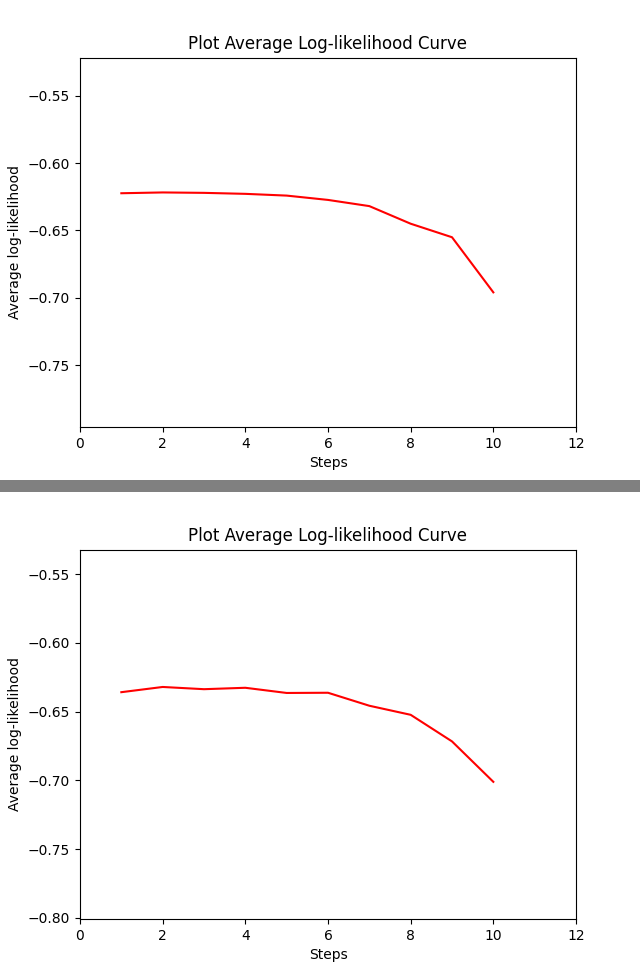
Repository: DhruvTrehan03/3F8
Script's output: python Lab.py
The author's editor kept a copy of each file at every save. The script's output is drawn from the files as they stood at one save, then again after the next save.
Each picture stacks the figures in order, with grey between them; figures that are only written to a file come last. Random numbers start from a fixed seed.

Above is the script's output before, as saved 2024-02-16 11:59:25.

### Lab.py
import numpy as np
import matplotlib.pyplot as plt


def logistic(x):
    return 1.0 / (1.0 + np.exp(-x))

def plot_data_internal(X, y):
    x_min, x_max = X[ :, 0 ].min() - .5, X[ :, 0 ].max() + .5
    y_min, y_max = X[ :, 1 ].min() - .5, X[ :, 1 ].max() + .5
    xx, yy = np.meshgrid(np.linspace(x_min, x_max, 100), np.linspace(y_min, y_max, 100))
    plt.figure()
    plt.xlim(xx.min(None), xx.max(None))
    plt.ylim(yy.min(None), yy.max(None))
    ax = plt.gca()
    ax.plot(X[y == 0, 0], X[y == 0, 1], 'ro', label = 'Class 1')
    ax.plot(X[y == 1, 0], X[y == 1, 1], 'bo', label = 'Class 2')
    plt.xlabel('X1')
    plt.ylabel('X2')
    plt.title('Plot data')
    plt.legend(loc = 'upper left', scatterpoints = 1, numpoints = 1)
    return xx, yy

def plot_data(X, y):
    xx, yy = plot_data_internal(X, y)
    plt.show()

def log_likelihood (y, X, B):
    L= np.prod(np.power(sigmoid(X@B),(y)) * np.power(sigmoid(X@B),(1-y)))
    # for i in range(len(X[:,0])):
    #     L *= (sigmoid(B.T@X[i,:].T)**y[i])*(sigmoid(-B.T@X[i,:].T)**(1-y[i]))
    LL = np.log(L)
    return LL

def predict(X_tilde, w):
    return logistic(np.dot(X_tilde, w))

def get_x_tilde(X):
    return np.concatenate((np.ones((X.shape[ 0 ], 1 )), X), 1)

def plot_ll(ll):
    plt.figure()
    ax = plt.gca()
    plt.xlim(0, len(ll) + 2)
    plt.ylim(min(ll) - 0.1, max(ll) + 0.1)
    ax.plot(np.arange(1, len(ll) + 1), ll, 'r-')
    plt.xlabel('Steps')
    plt.ylabel('Average log-likelihood')
    plt.title('Plot Average Log-likelihood Curve')
    plt.show()

def compute_average_ll(X_tilde, y, w):
    output_prob = predict(X_tilde, w)
    return np.mean(y * np.log(output_prob) + (1 - y) * np.log(1.0 - output_prob))

def fit_w(X_tilde_train, y_train, X_tilde_test, y_test, n_steps, alpha):
    w = np.random.randn(X_tilde_train.shape[ 1 ])
    ll_train = np.zeros(n_steps)
    ll_test = np.zeros(n_steps)
    for i in range(n_steps):
        sigmoid_value = predict(X_tilde_train, w)
        w += alpha * X_tilde_train.T@(y_train-sigmoid_value)     # Gradient-based update rule for w. To be completed by the student
        ll_train[ i ] = compute_average_ll(X_tilde_train, y_train, w)
        ll_test[ i ] = compute_average_ll(X_tilde_test, y_test, w)
        print(ll_train[ i ], ll_test[ i ])

    return w, ll_train, ll_test

def Grad_ascent (Max_iterations, Eta):
    B = np.ones(len(X_train[0,:]))
    Counter = 0
    ll=[]
    while Counter != Max_iterations:
        for i in range (len(X_train[:,1])):
            B += Eta * grad_log_likelihood(y_train, X_train, B)
            ll.append(log_likelihood(y_train, X_train, B))
        Counter += 1
    plot_ll(ll)
    return B

X = np.loadtxt('X.txt')
y = np.loadtxt('y.txt')
permutation = np.random.permutation(X.shape[ 0 ])
X = X[ permutation, : ]
y = y[ permutation ]

n_train = 800
X_train = X[ 0 : n_train, : ]
X_test = X[ n_train :, : ]
y_train = y[ 0 : n_train ]
y_test = y[ n_train : ]

Eta = 0.01
Max_it = 10

X_tilde_train = get_x_tilde(X_train)
X_tilde_test = get_x_tilde(X_test)
w, ll_train, ll_test = fit_w(X_tilde_train, y_train, X_tilde_test, y_test, Max_it, Eta)
plot_ll(ll_train)
plot_ll(ll_test)

### y.txt
0
0
1
1
1
0
1
0
0
1
0
0
1
0
0
1
1
1
0
0
0
0
1
1
1
0
1
1
1
1
0
1
0
1
0
0
0
1
1
0
0
1
1
1
1
1
1
0
0
1
0
0
1
1
1
1
1
1
1
1
1
1
0
1
0
1
0
1
1
1
0
1
0
1
1
1
0
1
0
0
1
1
1
1
0
1
0
0
0
1
0
1
1
1
1
1
1
0
0
1
1
0
0
1
1
1
1
0
0
1
0
0
0
0
1
1
0
1
1
0
0
1
1
1
0
0
1
0
0
1
0
1
0
1
0
0
1
0
0
1
0
1
1
0
1
0
1
1
0
1
1
1
0
0
1
1
1
0
0
0
0
0
1
1
0
0
0
1
1
1
1
1
1
1
1
1
1
0
0
0
1
0
0
1
1
1
1
1
0
0
1
1
0
0
0
0
0
0
1
1
1
0
1
0
1
1
0
0
1
1
0
1
1
1
0
0
0
0
0
1
0
1
1
0
1
0
1
0
0
0
1
0
1
0
1
1
1
0
1
1
1
1
1
1
0
0
0
0
0
0
1
1
1
0
0
0
0
1
0
0
1
1
1
1
1
0
1
1
1
0
0
0
1
1
0
1
0
1
0
0
1
0
1
0
0
0
1
1
1
0
1
1
1
0
0
1
1
0
1
1
0
1
1
0
0
0
0
0
1
1
0
0
1
0
1
1
0
0
1
1
0
0
0
0
0
0
1
0
0
1
0
1
0
0
1
0
0
0
0
0
0
0
1
1
0
0
0
1
0
0
0
1
0
0
0
1
0
1
0
1
0
1
0
0
1
0
0
1
0
0
1
0
1
0
1
1
1
1
1
1
0
0
0
0
0
0
0
1
1
0
0
1
1
0
0
0
0
0
1
0
0
1
0
1
1
1
1
1
0
0
0
1
1
1
1
1
1
1
1
1
1
1
0
0
1
0
0
1
1
0
1
0
0
1
0
1
0
1
0
1
1
1
0
0
0
1
1
1
0
1
1
1
0
1
1
1
1
1
1
1
0
0
0
0
1
0
0
1
1
1
1
1
1
1
1
1
0
0
0
1
1
0
0
1
0
0
0
0
0
0
0
0
1
0
0
0
0
1
0
1
0
0
0
0
0
1
1
1
0
1
0
0
1
0
0
0
1
0
1
0
1
1
0
0
1
1
1
0
0
1
1
1
1
0
1
1
1
1
1
0
1
1
0
0
0
1
0
0
0
0
0
0
0
0
1
0
0
1
1
1
1
0
0
0
1
1
1
1
0
0
1
0
0
0
1
0
1
1
0
1
0
0
1
0
0
1
0
0
0
1
0
0
1
0
0
1
0
0
0
1
0
1
0
0
0
1
0
1
0
1
1
1
0
1
1
0
0
1
1
0
0
1
0
1
0
1
1
1
1
1
0
1
0
0
1
0
1
0
1
1
1
0
0
1
0
1
0
0
1
1
0
0
0
1
0
0
1
1
1
1
0
1
0
0
0
0
1
1
0
0
0
0
1
1
1
1
0
1
0
0
1
0
1
0
0
1
0
1
1
1
1
1
0
0
0
1
0
1
0
0
0
1
0
0
0
1
0
0
1
0
0
0
1
0
1
1
1
1
1
0
1
0
1
1
0
0
0
0
0
0
1
1
0
0
0
1
0
0
0
0
1
1
0
0
0
0
1
0
0
0
0
1
1
0
0
0
1
0
1
0
1
1
1
0
0
1
0
1
1
0
0
1
1
0
0
1
0
1
0
1
0
1
1
0
1
0
0
1
1
0
1
1
1
0
1
0
0
0
1
1
0
1
0
0
0
1
0
0
0
1
0
1
0
1
0
1
1
1
0
1
1
1
0
0
1
0
0
1
0
0
0
1
0
1
1
0
0
1
0
1
0
0
1
0
1
1
1
0
0
0
1
1
0
0
1
1
1
0
1
1
1
1
1
0
0
0
1
0
1
1
0
1
0
1
0
1
1
1
0
1
0
1
0
0
0
1
1
1
1
0
0
0
0
1
1
0
1
0
1
0
0
1
1
1
0
1
1
1
0
0
1
0
1
0
1
0
0
0
1
0
0
0
0
0
0
1
0
0
0
0
0
0
0
1
0
1
1
0
1
0
1
1
1
0
0
1
0
1
0
0
1
1
1
0
1
1
1
1
1
1
1
1
1
1
1
0
0
0
1
1
1
1
1
1
1
0
0
1
0
0
1
0
0
0
0
0
1
0
1
1
0
1
0
0
1
0
0
0
0
1

Loaded but not shown: X.txt (1000 lines, source omitted)

After the next save:
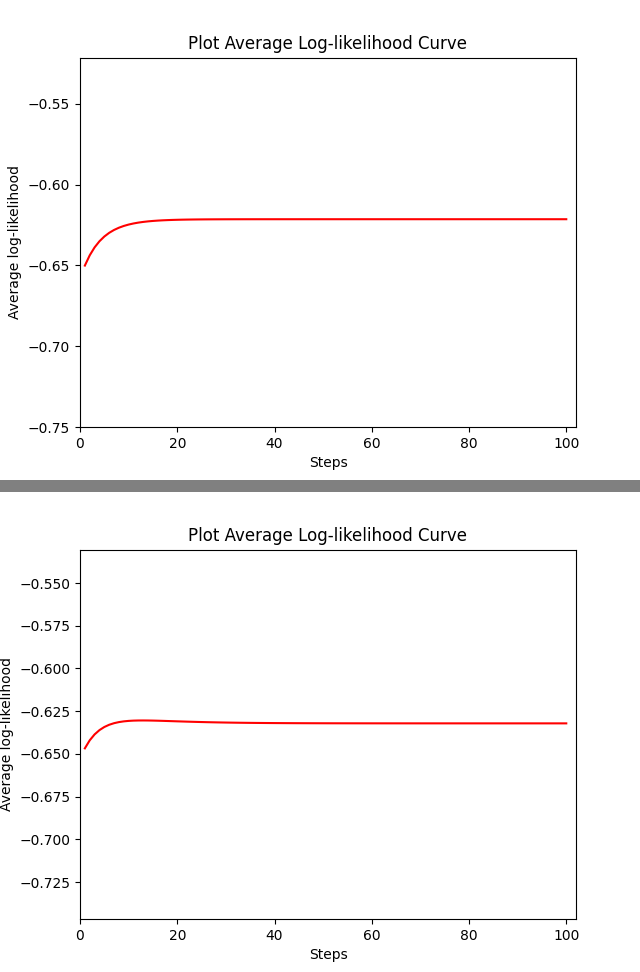
Saved 17 s later.
--- a/Lab.py
+++ b/Lab.py
@@ -90,8 +90,8 @@ X_test = X[ n_train :, : ]
 y_train = y[ 0 : n_train ]
 y_test = y[ n_train : ]
 
-Eta = 0.01
-Max_it = 10
+Eta = 0.001
+Max_it = 100
 
 X_tilde_train = get_x_tilde(X_train)
 X_tilde_test = get_x_tilde(X_test)
